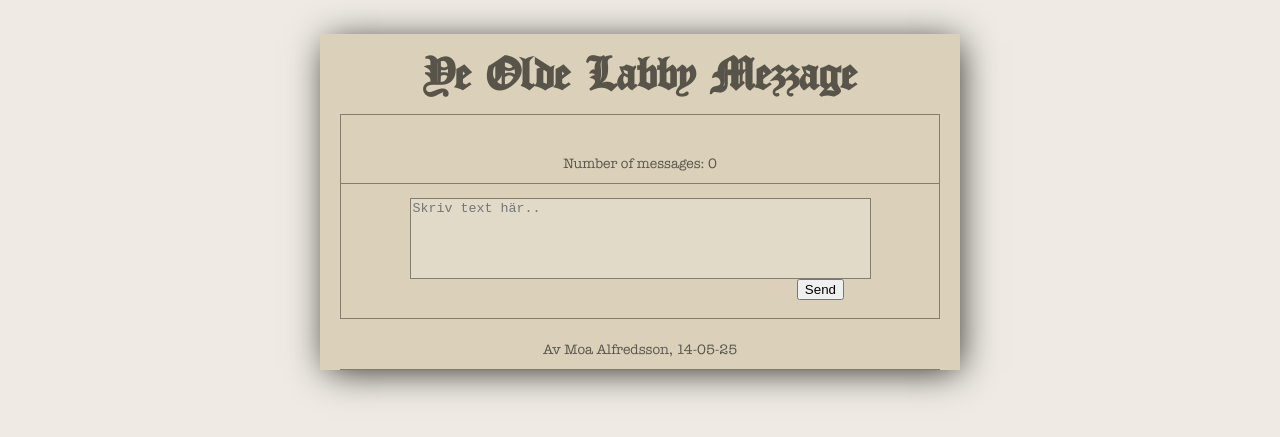
Repository: ma223md/1dv403-laborationer
Page: 2-labbymezzage/index.html
The author's editor kept a record of every edit. The page is drawn from the files as they stood at one moment, then again after the next edit.
The browser window is 1280 px wide. The pictures show the whole page.

Above is the page before.

### 2-labbymezzage/index.html
<!DOCTYPE html>
<html>
    <head>
        <meta charset="UTF-8" />
        <link rel="stylesheet" href="labbymezzagestyle.css" />
        <script src="js/message.js"></script>
        <script src="js/message_run.js"></script>
        <title>Labby Mezzage</title>
    </head>

    <body>
        <div id="container">
            <header>
                <h1>Ye Olde Labby Mezzage</h1>
            </header>

            <main>
                <div id="messageboard"></div>
                <br><p id="messagecount">Number of messages: <span id="counter"></span></p>
                <div id="textinput">
                    <textarea id="messagetext" rows="5" cols="55" placeholder="Skriv text här.. "></textarea>
                    <input id="button" value="Send" type="button"/>
                </div><br>
            </main>

            <footer>
                <p>Av Moa Alfredsson, 14-05-25</p>
            </footer>
        </div>
    </body>
</html>

### 2-labbymezzage/labbymezzagestyle.css
@font-face {
    font-family: headline;
    src: url(fonts/OldLondon.ttf);
}

@font-face {
    font-family: article;
    src: url(fonts/linowrite.ttf);
}

body
{
    background-color: #efebe4;
}

header h1 {
    text-align: center;
    padding-top: 15px;
    color: #58544A;
}

#container {
    display: block;
    margin-left: auto;
    margin-right: auto;
    width: 600px;
    background-color: #dbd1ba;
    padding-left: 20px;
    padding-right: 20px;
    -webkit-box-shadow: 3px 4px 35px -4px rgba(38,35,32,1);
    -moz-box-shadow: 3px 4px 35px -4px rgba(38,35,32,1);
    box-shadow: 3px 4px 35px -4px rgba(38,35,32,1);
}

main {
    border-style: solid;
    border-width: 1px;
    border-color: #837D70;
}

p {
    font-family: article;
    font-size: 14px;
    text-align: center;
    padding-top: 10px;
    padding-bottom: 10px;
    padding-left: 20px;
    padding-right: 20px;
    border-bottom: solid;
    border-width: 1px;
    border-color: #837D70;
    color: #58544A;
    word-wrap: break-word;
}

h1 {
    font-family: headline;
    font-size: 50px;
}

textarea {
    resize: none;
    display: block;
    margin-left: auto;
    margin-right: auto;
    background-color: #E2DAC8;
    border-color: #837D70;
}

input {
    display: block;
    margin-left: auto;
    margin-right: 95px;
}

footer {
    font-size: 12px;
}

### 2-labbymezzage/js/message.js
"use strict";

function Message(message, date) {

        this.getText = function(){
            return message;
        };

        this.setText = function(_text) {
            message = _text;
        };

        this.getDate = function(){
            return date;
        };

        this.setDate = function(_date) {
           date = _date;
        };
    }

    Message.prototype.toString = function() {
        return this.getText() + " (" + this.getDate() + ")";
    };

    Message.prototype.getHTMLText = function() {
        return this.getText().replace(/[\n\r]/g, "<br/>");
    };

    Message.prototype.getDateText = function() {
        return this.getDate().toLocaleTimeString() + "  ";
    };

### 2-labbymezzage/js/message_run.js
 "use strict";

var MessageBoard = {
        // array for messages
        messages: [],

        init: function(){
            var button = document.getElementById("button"),
            textArea = document.getElementById("messagetext");
            // print current number of messages
            document.getElementById("counter").innerHTML = "0";
            // create message when button is clicked
            button.onclick = MessageBoard.createMessage;

        // function for sending with enter, and adding newline with enter+shift
            textArea.onkeydown = function(e){
                 if (e.keyCode === 13 && !e.shiftKey){
                         MessageBoard.createMessage();
                         return false;
                     }
                }
        },


    // function for creating new messages
    createMessage: function(){
        var mess = document.getElementById("messagetext").value;
        var message = new Message(mess, new Date());

        // add message to array
        MessageBoard.messages.push(message);

        // render messages
        MessageBoard.renderMessages();
        },


    // funtion for rendering messages
    renderMessages: function() {
        // delet all messages
        document.getElementById("messageboard").innerHTML = "";

        // render all messages
        var counter = 0;
        for (var i = 0; i < MessageBoard.messages.length; i++) {
            // render single message
            MessageBoard.renderMessage(i);
            // add to message counter
            counter++;
            }
        // render number of messages
        document.getElementById("counter").innerHTML = counter;
    },

    renderMessage: function(messageID) {
        // create div for new messages
        var div = document.getElementById("messageboard"), //select div where messages are posted
        messageDiv = document.createElement("div");
        div.appendChild(messageDiv);

        // create time tag for date
        var date = document.createElement("time");
        date.innerHTML = MessageBoard.messages[messageID].getDateText();
        // date.className = "date"
        div.appendChild(date);

        // create clock icon
        var clock = document.createElement("img");
        clock.setAttribute('src', 'pics/clock_16.png');
        clock.setAttribute('alt', 'Icon in shape of a clock');
        clock.style.width = "16px";
        clock.style.height = "16px";
        //add clock icon to timestamp
        date.appendChild(clock);

        // create delete icon
        var deleteIcon = document.createElement("img");
        deleteIcon.setAttribute('src', 'pics/delete_16.png');
        deleteIcon.setAttribute('alt', 'Icon in shape of a trashcan');
        deleteIcon.style.width = "16px";
        deleteIcon.style.height = "16px";
        date.appendChild(deleteIcon);

        // create paragraph for messagetext
        var text = document.createElement("p");
        text.innerHTML = MessageBoard.messages[messageID].getHTMLText();
        div.appendChild(text);

        // call delete function when icon is clicked
        deleteIcon.onclick = function(){
            MessageBoard.deleteMessage(messageID);
        }

        // call time function when icon is clicked
        clock.onclick = function(){
            MessageBoard.dateTime(messageID);
        }

    },

    // function for deletng messages
    deleteMessage: function(messageID){
        var check = confirm("Are you sure you want to delete this message?");
        if (check === true){
            MessageBoard.messages.splice(messageID,1)
            MessageBoard.renderMessages();
        }
    },

    // function for showing time
    dateTime: function(messageID){
        alert("Message was created " + MessageBoard.messages[messageID].getDate().toDateString() + " at " + MessageBoard.messages[messageID].getDate().toLocaleTimeString());
    }

};
    window.onload = MessageBoard.init;  //init run when site is loaded

After the next edit:
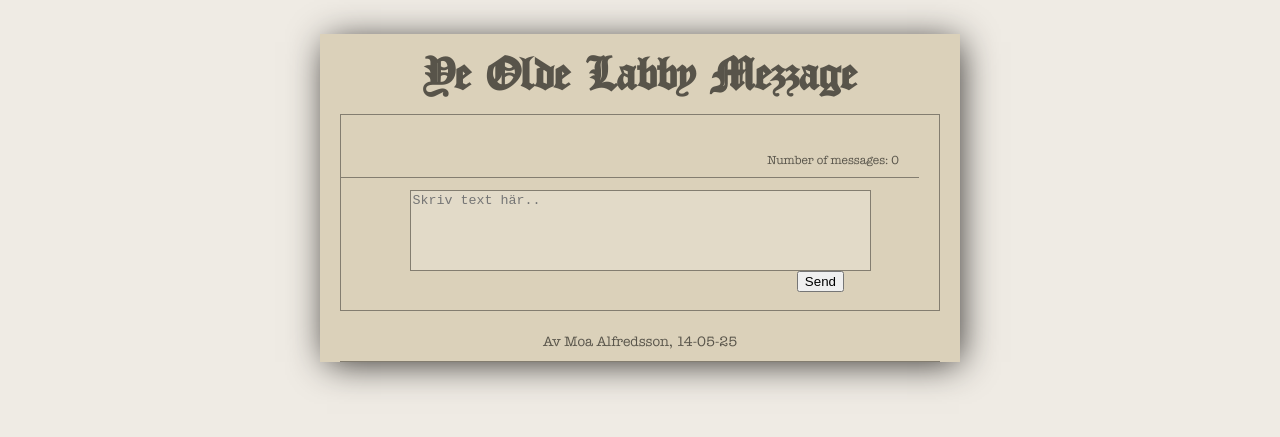
The edit:
--- a/2-labbymezzage/labbymezzagestyle.css
+++ b/2-labbymezzage/labbymezzagestyle.css
@@ -1,6 +1,6 @@
 @font-face {
     font-family: headline;
-    src: url(fonts/OldLondon.ttf);
+    src: url(../2-labbymezzage/fonts/OldLondon.ttf);
 }
 
 @font-face {
@@ -50,7 +50,13 @@
     border-width: 1px;
     border-color: #837D70;
     color: #58544A;
-    word-wrap: break-word;
+}
+
+#messagecount {
+    font-size: 12px;
+    text-align: right;
+    margin-right: 20px;
+    color: #58544A;
 }
 
 h1 {
